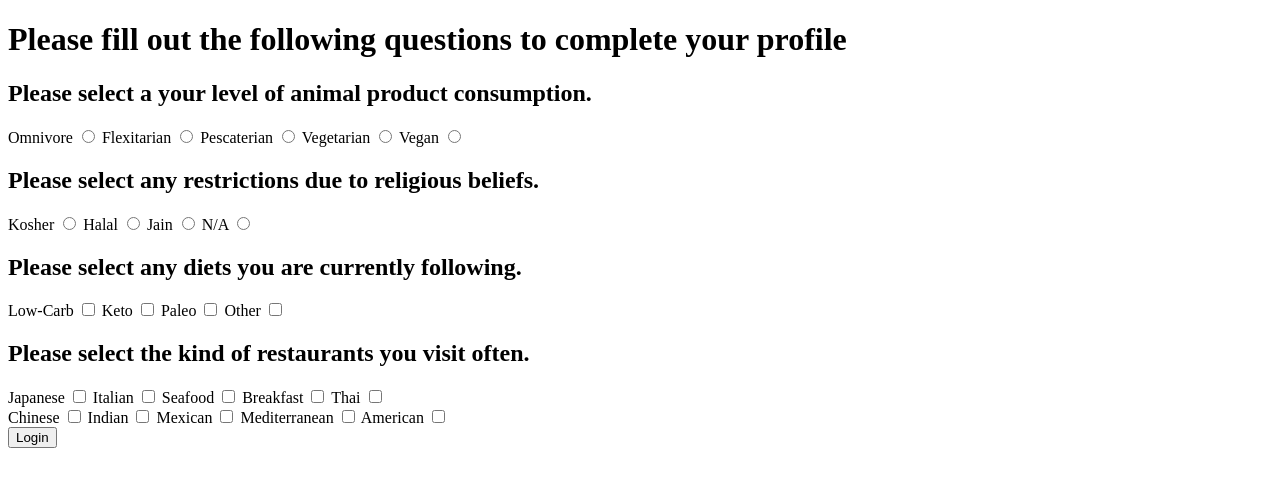
Repository: DataLuminescence/Documents
Page: http://localhost/choix/WEB-INF/userinfo.jsp
These files come from the project's save history. The page is drawn as it stood at one moment and after the next save; the edit follows.
The browser window is 1280 px wide. The pictures show the whole page.
The page is served by Tomcat 9. Nobody is signed in. Other server files are loaded and not shown. The template is opened directly, without the code that normally fills it, so the values that code supplies are empty.

Above is the page before, as saved 2022-04-29 17:57:30.

### Java/Java Spring/choix/src/main/webapp/WEB-INF/userinfo.jsp
<%@ page language="java" contentType="text/html; charset=UTF-8" pageEncoding="UTF-8"%>
<%@ taglib prefix="c" uri="http://java.sun.com/jsp/jstl/core"%>
<%@ taglib prefix="fmt" uri="http://www.springframework.org/tags/form"%>
<%@ taglib prefix="form" uri="http://www.springframework.org/tags/form"%>
<%@ page isErrorPage = "true" %>
<!DOCTYPE html>
<html>
<head>
<meta charset="UTF-8">
<title>User Info</title>
</head>
<body>

	<h1>Please fill out the following questions to complete your profile</h1>



	<form:form action="/saveUserInfo" method="post" modelAttribute="infoUser">
   <form:input type="hidden" path="user" value="${loggedInUser.id}"/>
		<h2>Please select a your level of animal product consumption.</h2>
		<div>
			<form:label path="animal">Omnivore</form:label>
			<form:radiobutton path="animal" value="Omnivore"/>
			<form:label path="animal">Flexitarian</form:label>
			<form:radiobutton path="animal" value="Flexitarian"/>
			<form:label path="animal">Pescaterian</form:label>
			<form:radiobutton path="animal" value="Pescaterian"/>
			<form:label path="animal">Vegetarian</form:label>
			<form:radiobutton path="animal" value="Vegetarian"/>
			<form:label path="animal">Vegan</form:label>
			<form:radiobutton path="animal" value="Vegan"/>
		</div>

<%-- 		<h2>Please select any food allergies.</h2>
		<div>
			<form:checkboxes items = "${allergiesList}" path="allergies"/>
		</div> --%>
		<%--
		<div>
			<form:label path="allergies">Shellfish</form:label>
			<form:checkbox path="allergies" value="Shellfish"/>

			<form:label path="allergies">Tree Nuts</form:label>
			<form:checkbox path="allergies" value="Tree Nuts"/>

			<form:label path="allergies">Lactose</form:label>
			<form:checkbox path="allergies" value="Lactose"/>

			<form:label path="allergies">Gluten</form:label>
			<form:checkbox path="allergies" value="Gluten"/>

			<form:label path="allergies">Egg</form:label>
			<form:checkbox path="allergies" value="Egg"/>
		</div>
		<div>
			<form:label path="allergies">Peanuts</form:label>
			<form:checkbox path="allergies" value="Peanuts"/>

			<form:label path="allergies">Wheat</form:label>
			<form:checkbox path="allergies" value="Wheat"/>

			<form:label path="allergies">Fish</form:label>
			<form:checkbox path="allergies" value="Fish"/>

			<form:label path="allergies">Soy</form:label>
			<form:checkbox path="allergies" value="Soy"/>

			<form:label path="allergies">Other</form:label>
			<form:checkbox path="allergies" value="Other"/>
		</div> --%>

		<h2>Please select any restrictions due to religious beliefs.</h2>
		<div>
			<form:label path="religious">Kosher</form:label>
			<form:radiobutton path="religious" value="Kosher"/>
			<form:label path="religious">Halal</form:label>
			<form:radiobutton path="religious" value="Halal"/>
			<form:label path="religious">Jain</form:label>
			<form:radiobutton path="religious" value="Jain"/>
			<form:label path="religious">N/A</form:label>
			<form:radiobutton path="religious" value="Other"/>
		</div>

		<h2>Please select any diets you are currently following.</h2>
		<div>
			<form:label path="lifestyle">Low-Carb</form:label>
			<form:checkbox path="lifestyle" value="Low-Carb"/>

			<form:label path="lifestyle">Keto</form:label>
			<form:checkbox path="lifestyle" value="Keto"/>

			<form:label path="lifestyle">Paleo</form:label>
			<form:checkbox path="lifestyle" value="Lactose"/>

			<form:label path="lifestyle">Other</form:label>
			<form:checkbox path="lifestyle" value="Gluten"/>
		</div>

		<h2>Please select the kind of restaurants you visit often. </h2>
		<div>
			<form:label path="cuisine">Japanese</form:label>
			<form:checkbox path="cuisine" value="Japanese"/>

			<form:label path="cuisine">Italian</form:label>
			<form:checkbox path="cuisine" value="Italian"/>

			<form:label path="cuisine">Seafood</form:label>
			<form:checkbox path="cuisine" value="Seafood"/>

			<form:label path="cuisine">Breakfast</form:label>
			<form:checkbox path="cuisine" value="Gluten"/>

			<form:label path="cuisine">Thai</form:label>
			<form:checkbox path="cuisine" value="Thai"/>
		</div>
		<div>
			<form:label path="cuisine">Chinese</form:label>
			<form:checkbox path="cuisine" value="Chinese"/>

			<form:label path="cuisine">Indian</form:label>
			<form:checkbox path="cuisine" value="Indian"/>

			<form:label path="cuisine">Mexican</form:label>
			<form:checkbox path="cuisine" value="Mexican"/>

			<form:label path="cuisine">Mediterranean</form:label>
			<form:checkbox path="cuisine" value="Thai"/>

			<form:label path="cuisine">American</form:label>
			<form:checkbox path="cuisine" value="American"/>
		</div>

		<input type="submit" value="Login" />
	</form:form>
</body>
</html>

After the next save:
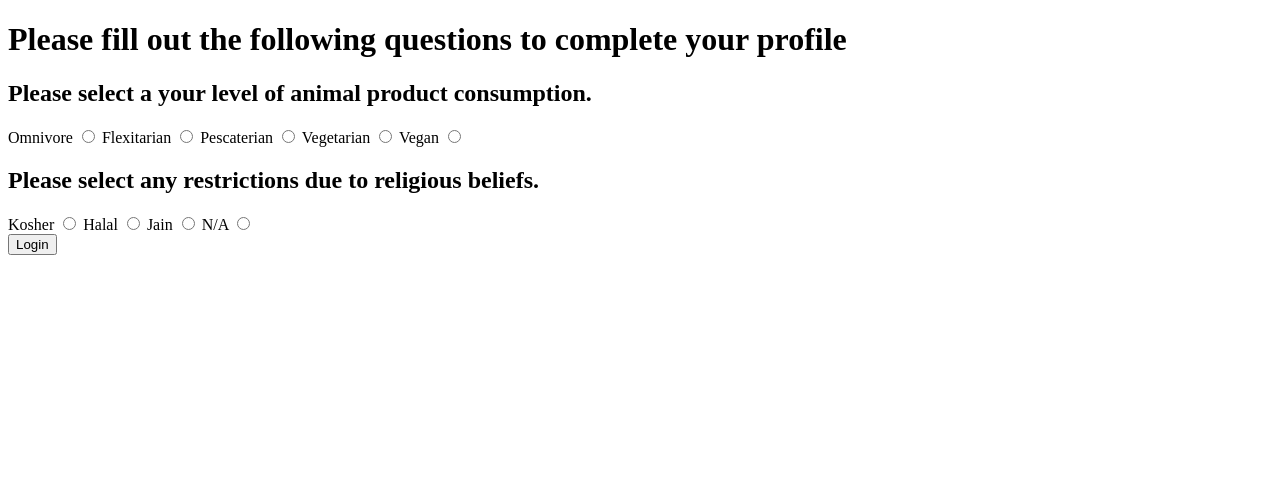
Saved 31 s later.
--- a/Java/Java Spring/choix/src/main/webapp/WEB-INF/userinfo.jsp
+++ b/Java/Java Spring/choix/src/main/webapp/WEB-INF/userinfo.jsp
@@ -81,7 +81,7 @@
 			<form:radiobutton path="religious" value="Other"/>
 		</div>
 
-		<h2>Please select any diets you are currently following.</h2>
+<%-- 		<h2>Please select any diets you are currently following.</h2>
 		<div>
 			<form:label path="lifestyle">Low-Carb</form:label>
 			<form:checkbox path="lifestyle" value="Low-Carb"/>
@@ -128,7 +128,7 @@
 
 			<form:label path="cuisine">American</form:label>
 			<form:checkbox path="cuisine" value="American"/>
-		</div>
+		</div>	 --%>
 
 		<input type="submit" value="Login" />
 	</form:form>
